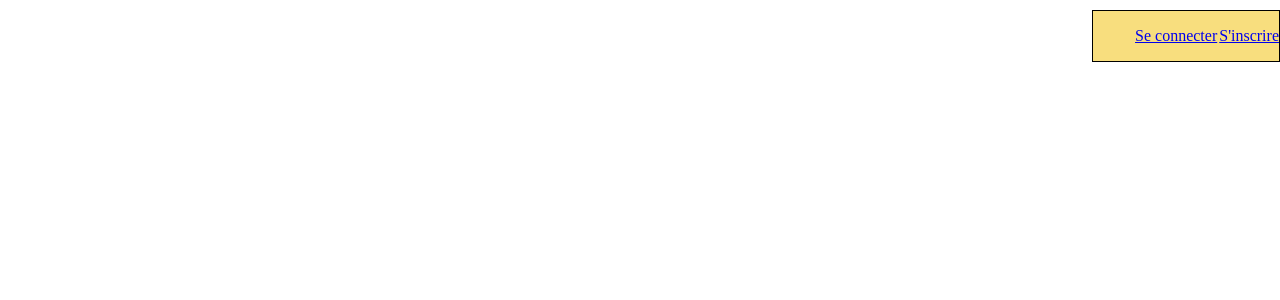
Repository: DylanORK/htdocs
Page: http://localhost/PannelInconnu.php
An editor plug-in stored every save of this project. The page is shown before and after the next save, followed by the edit.
The browser window is 1280 px wide. The pictures show the whole page.
The page is run by PHP 8.4 with error messages shown; the project is at /var/www/html/.

Above is the page before, as saved 2015-06-02 09:22:32.

### EclipsePHP/InterFaceWeb/PannelInconnu.php
<?php require ("Style/Style-Pannel.php"); ?>

<div id="Carre">

<ul class="PannelInconnu">
<li><a href="Connexion.php">Se connecter</a></li>
<li><a href="Inscription.php">S'inscrire</a></li>
</ul>

</div>

### EclipsePHP/InterFaceWeb/Style/Style-Pannel.php
<style type="text/css">

.PannelInconnu li
{
list-style-type : none;
float: left;
margin-left : 2px;
text-align : center;

}

.PannelInconnu li a
{
display : block;

}

#Carre
{
background-color : #f8de7e;
height : 50px;
position: fixed;
border : 1px solid black;
float:right;
top : 10px;
right : 0;
}

</style>

After the next save:
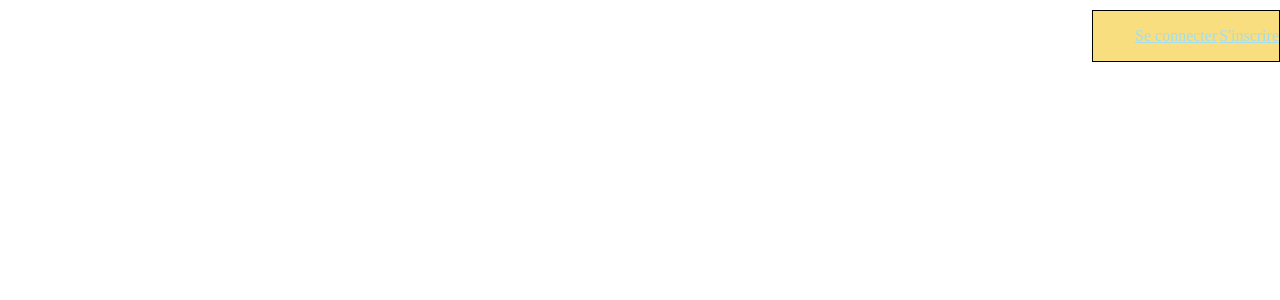
Saved 2 min 38 s later.
--- a/EclipsePHP/InterFaceWeb/Style/Style-Pannel.php
+++ b/EclipsePHP/InterFaceWeb/Style/Style-Pannel.php
@@ -1,4 +1,10 @@
 <style type="text/css">
+
+.PannelInconnu
+{
+
+}
+
 
 .PannelInconnu li
 {
@@ -12,6 +18,7 @@ text-align : center;
 .PannelInconnu li a
 {
 display : block;
+color : #a4dded	;
 
 }
 
